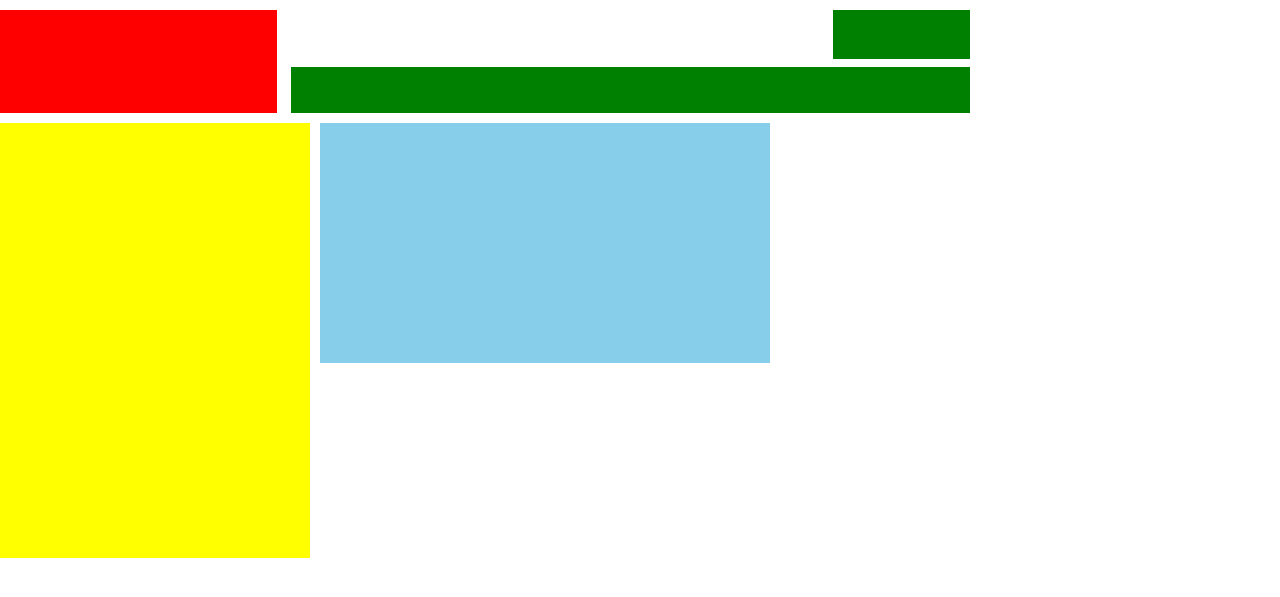
Repository: KaibutsuSama/CodePracticeExample
Page: Html5+Css3/Css3/04.浮动/03.homework.html
An editor plug-in stored every save of this project. The page is shown before and after a run of saves, followed by the edit.
The browser window is 1280 px wide. The pictures show the whole page.

Above is the page before, as saved 2023-01-29 23:40:55.

### Html5+Css3/Css3/04.浮动/03.homework.html
<!DOCTYPE html>
<html lang="en">
<head>
    <meta charset="UTF-8">
    <meta http-equiv="X-UA-Compatible" content="IE=edge">
    <meta name="viewport" content="width=device-width, initial-scale=1.0">
    <title>Document</title>
    <style type="text/css">
        *{
            padding: 0;
            margin: 0;
            width: 970px;
        }

        .header{
            float: left;
        }

        .header .logo{
            float: left;
            width: 277px;
            height: 103px;
            background-color: red;
        }

        .header .tag{
            float: right;
            width: 137px;
            height: 49px;
            margin-bottom: 8px;
            background-color: green;
        }

        .header .navbar{
            float: right;
            width: 679px;
            height: 46px;
            background-color: green;
        }

        .content{
            margin-bottom: 10px;
        }

        .content .leftbanner{
            float: left;
            margin: 10px 0;
            background-color: yellow;
            width: 310px;
            height: 435px;
        }

        .content .mainbanner{
            float: left;
            margin: 10px 10px 10px 10px;
            width: 405px;
            height: 405px;
        }

        .content .mainbanner .bannerheader{
            float: left;
            width: 450px;
            height: 240px;
            background-color: skyblue;
            margin-bottom: 10px;
        }

        .content .mainbanner .bannerbody{
            float: left;
            width: 450px;
            height: 110px;
            bgc
        }


    </style>
</head>
<body>
    <div class="header">
        <div class="logo"></div>
        <div class="tag"></div>
        <div class="navbar"></div>
    </div>

    <div class="content">
        <div class="leftbanner"></div>
        <div class="mainbanner">
            <div class="bannerheader"></div>
            <div class="bannerbody"></div>
            <div class="bannerfooter"></div>
        </div>
    </div>
</body>
</html>

After the next 6 saves:
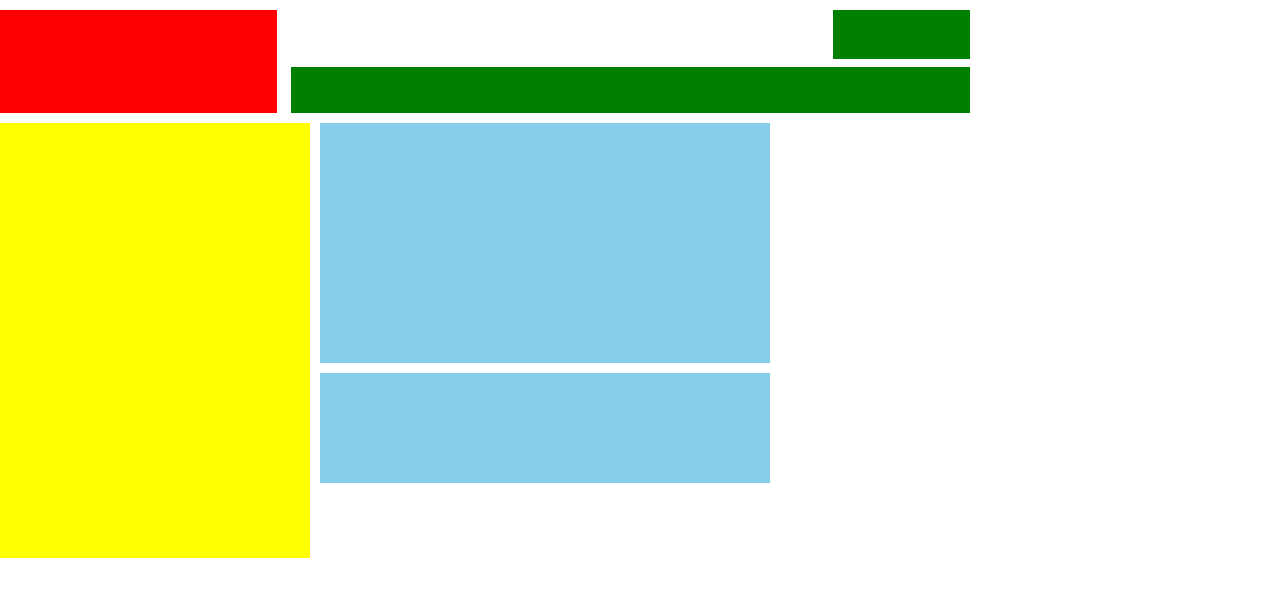
The 6 saves are shown as one change because they came seconds apart.
The last was saved 17 s later.
--- a/Html5+Css3/Css3/04.浮动/03.homework.html
+++ b/Html5+Css3/Css3/04.浮动/03.homework.html
@@ -69,7 +69,8 @@
             float: left;
             width: 450px;
             height: 110px;
-            bgc
+            background-color: skyblue;
+            margin-bottom: 10px;
         }
 
 
